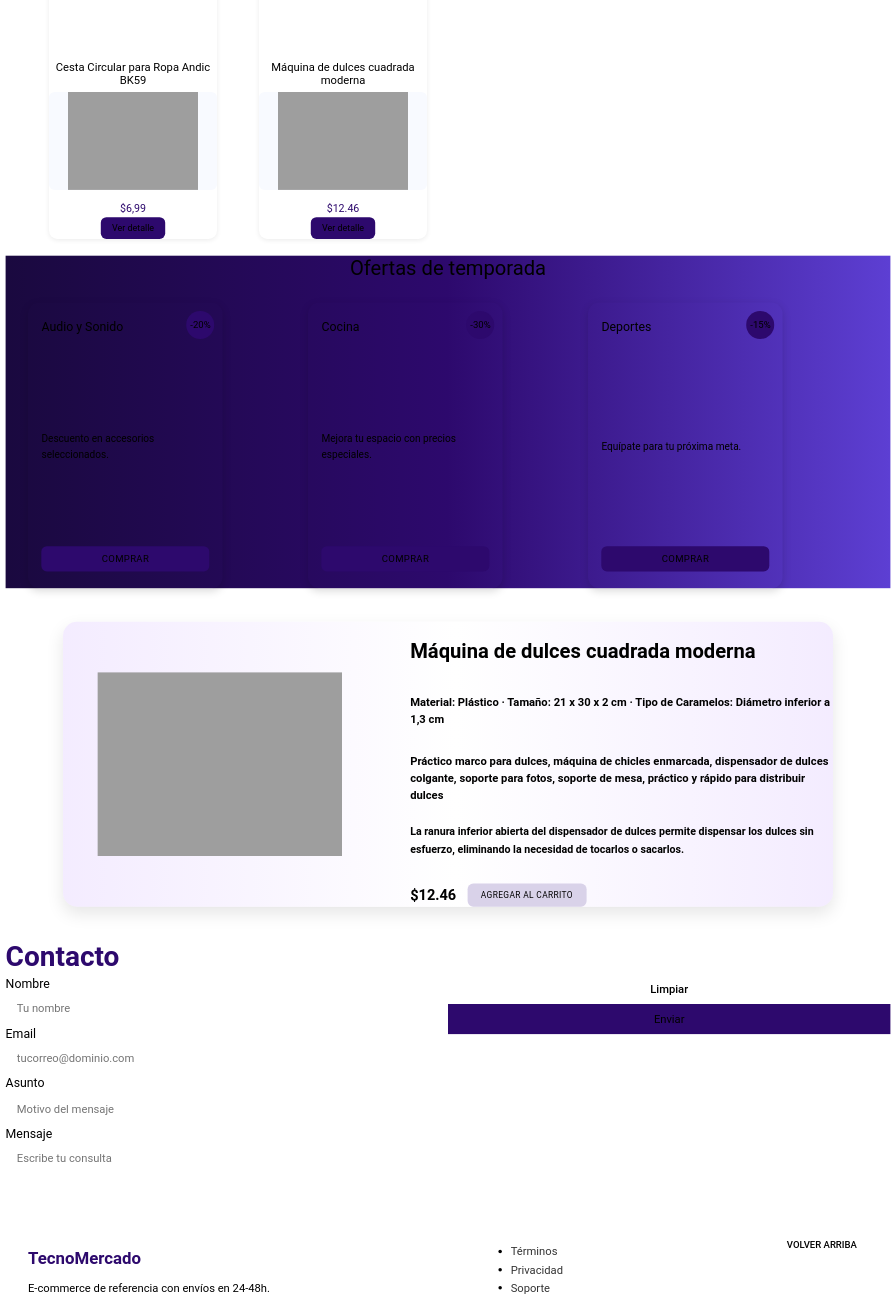
Repository: aryacarpavila/lab02_web
Page: index.html
The author's editor kept a copy of each file at every save. The page is drawn from the files as they stood at one save, then again after the next save.
The browser window is 1280 px wide. The pictures show the part of the page from y = 886 to 2806 px (the page is 2762 px tall before and 2806 px after), at 70% of full size.
Pictures or frames that could not be fetched are drawn as grey boxes.

Above is the page before, as saved 2025-11-12 08:49:15.

### index.html
<!DOCTYPE html>
<html lang="es">
  <head>
    <meta charset="utf-8" />
    <meta name="viewport" content="width=device-width, initial-scale=1" />
    <meta name="description" content="TecnoMercado · Laboratorio 2" />
    <title>TecnoMercado · Plantilla (Lab 2)</title>

    <link rel="stylesheet" href="assets/css/base.css">
    <link rel="stylesheet" href="assets/css/layout.css">
    <link rel="stylesheet" href="assets/css/components.css">
    <link rel="stylesheet" href="assets/css/animations.css">
    <style>
      .text-center {
        text-align: center;
      }
    </style>
  </head>
  <body>
    <!-- HEADER: site branding and primary navigation -->
    <header role="banner">
      <div>
        <a href="#">TecnoMercado</a>
        <nav>
          <ul>
            <li><a href="#inicio">Inicio</a></li>
            <li><a href="#catalogo">Catálogo</a></li>
            <li><a href="#ofertas">Ofertas</a></li>
            <li><a href="#producto">Producto</a></li>
            <li><a href="#contacto">Contacto</a></li>
          </ul>
        </nav>
      </div>
    </header>

    <!-- MAIN: page content wrapper -->
    <main role="main">
      <!-- HERO: landing intro and promotional notice -->
      <section>
        <div>
          <div>
            <h1>Tu mercado digital</h1>
            <p>Explora productos a buen precio con una experiencia fluida y accesible.</p>
            <a href="#catalogo" class="boton">Ver catálogo</a>
          </div>
          <div></div>
        </div>
        <div class="text-center">Envíos gratis en compras superiores a $50</div>
      </section>

      <!-- CATALOG: category links and featured products grid -->
      <section>
        <section class="catalogo-destacado">
            <div class="container">
              <h2>Catálogo destacado</h2>
              <ul class="categorias">
                <li><a href="#">Electrónica</a></li>
                <li><a href="#">Hogar</a></li>
                <li><a href="#">Ropa</a></li>
                <li><a href="#">Deportes</a></li>
              </ul>
            </div>
        </section>
          <div>
            <article tabindex="0">
              <div></div>
              <div>
                <h3>Ventilador de Mesa Damasco 12'</h3>
                <img src="https://damasco.vtexassets.com/arquivos/ids/157553-1200-auto?v=638961572051200000&width=1200&height=auto&aspect=true" alt="Ventilador Damasco" width="300">
                <p>$27,55</p>
                <button>Ver detalle</button>
              </div>
            </article>
            <article tabindex="0">
              <div></div>
              <div>
                <h3>Colchon Venus 140X190</h3>
                <img src="https://damasco.vtexassets.com/arquivos/ids/156653-1200-auto?v=638603201011270000&width=1200&height=auto&aspect=true" alt="Colchon" width="300">
                <p>$448,40</p>
                <button>Ver detalle</button>
              </div>
            </article>
            <article tabindex="0">
              <div></div>
              <div>
                <h3>Utensilio De Cocina 6Pcs</h3>
                <img src="https://damasco.vtexassets.com/arquivos/ids/156211-1200-auto?v=638524394013470000&width=1200&height=auto&aspect=true" alt="Utensilios" width="300">
                <p>$11,40</p>
                <button>Ver detalle</button>
              </div>
            </article>
            <article tabindex="0">
              <div></div>
              <div>
                <h3>Juego de Mesa y Sillas para Exteriores 904 Andic</h3>
                <img src="https://totalmundo.vtexassets.com/arquivos/ids/188250-1600-auto?v=638708155339070000&width=1600&height=auto&aspect=true" alt="Juego de mesas" width="300">
                <p>$89,99</p>
                <button>Ver detalle</button>
              </div>
            </article>
            <article tabindex="0">
              <div></div>
              <div>
                <h3>Cesta Circular para Ropa Andic BK59</h3>
                <img src="https://totalmundo.vtexassets.com/arquivos/ids/184221-1600-auto?v=638676304923270000&width=1600&height=auto&aspect=true" alt="Cesta de ropa" width="300">
                <p>$6,99</p>
                <button>Ver detalle</button>
              </div>
            </article>
            <article tabindex="0">
              <div></div>
              <div>
                <h3>Máquina de dulces cuadrada moderna</h3>
                <img src="https://ae01.alicdn.com/kf/S90d94c095b9e4ca5ae8318b18da998542.jpg" alt="Maquina de dulces" width="300">
                <p>$12.46</p>
                <button>Ver detalle</button>
              </div>
            </article>
          </div>
        </div>
      </section>

      <!-- OFFERS: seasonal deals and promotions -->
      <section class="ofertas-temporada">
        <div class="ofertas-container">
          <h2>Ofertas de temporada</h2>

          <div class="ofertas-grid">
            <article class="oferta-card">
          <div class="oferta-descuento">-20%</div>
            <h3>Audio y Sonido</h3>
            <p>Descuento en accesorios seleccionados.</p>
            <button class="boton">Comprar</button>
          </article>

        <article class="oferta-card">
          <div class="oferta-descuento">-30%</div>
          <h3>Cocina</h3>
          <p>Mejora tu espacio con precios especiales.</p>
          <button class="boton">Comprar</button>
        </article>

        <article class="oferta-card">
          <div class="oferta-descuento">-15%</div>
          <h3>Deportes</h3>
          <p>Equípate para tu próxima meta.</p>
          <button class="boton">Comprar</button>
        </article>
      </div>
    </div>
  </section>


      <!-- PRODUCTO DESTACADO -->
      <section class="producto-destacado">
          <div class="producto-destacado__imagen">
              <img src="https://ae01.alicdn.com/kf/S90d94c095b9e4ca5ae8318b18da998542.jpg" alt="Máquina de dulces cuadrada moderna">
          </div>
        <div class="producto-destacado__info">
            <h2>Máquina de dulces cuadrada moderna</h2>
            <p>Material: Plástico · Tamaño: 21 x 30 x 2 cm · Tipo de Caramelos: Diámetro inferior a 1,3 cm</p>
            <p>
              Práctico marco para dulces, máquina de chicles enmarcada, dispensador de dulces colgante, soporte para fotos,
              soporte de mesa, práctico y rápido para distribuir dulces
            </p>
        <ul>
          <li>La ranura inferior abierta del dispensador de dulces permite dispensar los dulces sin esfuerzo,
              eliminando la necesidad de tocarlos o sacarlos.</li>
        </ul>
        <div class="producto-destacado__acciones">
            <span class="precio">$12.46</span>
          <button class="boton">Agregar al carrito</button>
        </div>
      </div>
      </section>


      <!-- CONTACT: contact form -->
      <section class="container">
        <h2>Contacto</h2>
        <form action="#" method="post" class="form-contacto">
          <div class="form-grid">
            <div>
              <label for="nombre">Nombre</label>
              <input id="nombre" name="nombre" type="text" placeholder="Tu nombre" />
            </div>
            <div>
              <label for="email">Email</label>
              <input id="email" name="email" type="email" placeholder="tucorreo@dominio.com" />
            </div>
            <div class="columna-completa">
              <label for="asunto">Asunto</label>
              <input id="asunto" name="asunto" type="text" placeholder="Motivo del mensaje" />
            </div>
            <div class="columna-completa">
              <label for="mensaje">Mensaje</label>
              <textarea id="mensaje" name="mensaje" rows="5" placeholder="Escribe tu consulta"></textarea>
            </div>
          </div>

          <div class="botones">
            <button type="reset" class="btn-limpiar">Limpiar</button>
            <button type="submit" class="btn-enviar">Enviar</button>
          </div>
        </form>
      </section>
    </main>

    <!-- FOOTER: site footer with secondary navigation -->
    <footer role="contentinfo">
      <div class="footer-contenedor">
        <div class="footer-info">
          <h3>TecnoMercado</h3>
          <p>E-commerce de referencia con envíos en 24-48h.</p>
        </div>

        <nav class="footer-nav" aria-label="Secundaria">
          <ul>
            <li><a href="#">Términos</a></li>
            <li><a href="#">Privacidad</a></li>
            <li><a href="#">Soporte</a></li>
          </ul>
        </nav>

        <div class="footer-volver">
          <a href="#inicio" class="volver-arriba">Volver arriba</a>
        </div>
      </div>
    </footer>
  </body>
</html>

### assets/css/base.css
/*

 * Sector: Hogar
 * Tipografía: Opción Roboto
 * Justificación: El Morado (elegancia) y el Gris (neutralidad) aportan una sensación de
 * confort y sofisticación, ideal para el diseño de interiores moderno. La fuente Roboto
 * garantiza legibilidad y un look limpio.
 */
:root {


    --color-primary: #2D096D;       /* Morado Oscuro (Base - Para acciones y títulos) */
    --color-secondary: #D9D2E9;     /* Lavanda Claro (Terciario - Para fondos y hover sutil) */
    --color-tertiary: #5D3FD3;      /* Violeta Medio (Para acentos y enlaces) */


    --color-background: #FFFFFF;    /* Fondo Blanco puro o #ECECEC de tu código */
    --color-surface: #F8F8F8;       /* Fondo de tarjetas (Sutilmente gris) */

    --color-text-primary: #000000;  /* Texto Principal (Negro para legibilidad) */
    --color-text-on-primary: #FFFFFF; /* Texto sobre color primario (¡BLANCO para el botón!) */

    --space-unit: 8px;
    --space-xs: calc(0.5 * var(--space-unit));
    --space-sm: var(--space-unit);
    --space-md: calc(2 * var(--space-unit));
    --space-lg: calc(3 * var(--space-unit));
    --space-xl: calc(5 * var(--space-unit));

    --border-radius: 6px;
    --shadow-md: 0 4px 8px rgba(0, 0, 0, 0.1); /* Sombra para tarjetas */
    --container-max-width: 1200px;

    --font-size-base: 1rem;
    --font-size-h1: clamp(2.5rem, 6vw + 1rem, 4rem);
    --font-size-h2: clamp(1.75rem, 4vw + 1rem, 2.5rem);
    --font-size-h3: clamp(1.25rem, 2vw + 1rem, 1.75rem);
    --line-height-base: 1.6;
}

body {
    /* Tipografía Roboto */
    font-family: "Roboto";
    line-height: var(--line-height-base);
    color: var(--color-text-primary);
    background-color: var(--color-background);
    font-size: var(--font-size-base);
}

h1, h2, h3 {
    line-height: 1.2;
    margin-bottom: var(--space-md);
    font-weight: 600;
    color: var(--color-primary); /* Color primario para títulos */
}

h1 {
    font-size: var(--font-size-h1);
}

h2 {
    font-size: var(--font-size-h2);
}

h3 {
    font-size: var(--font-size-h3);
}

p {
    margin-bottom: var(--space-sm);
}

:focus-visible {
    outline: 3px solid var(--color-focus);
    outline-offset: 3px;
    border-radius: var(--border-radius);
}

a {
    color: var(--color-tertiary); /* Color de acento para enlaces */
    text-decoration: none;
    transition: color 0.2s ease-in-out;
}

a:hover {
    color: var(--color-primary);
    text-decoration: underline;
}

img {
    max-width: 100%;
    height: auto;
    display: block;
}

input, textarea, button {
    font-family: inherit;
    font-size: var(--font-size-base);
}

### assets/css/components.css
/*
  components.css
  - Botones (primario, outline), estados hover/focus
  - Cards de producto y ofertas, sombras y radios
  - Listas de categorías y enlaces auxiliares
  - Formulario de contacto: inputs, labels, textarea, validaciones
  - Selectores de atributo, pseudo-clases y pseudo-elementos
*/

header nav a {
  /* Estilo para los enlaces de navegación */
  color: var(--color-text);
  font-weight: var(--font-weight-regular);
  text-transform: uppercase;
  padding: var(--spacing-xs) 0;
  border-bottom: 2px solid transparent;
}

header nav a:hover {
  color: var(--color-primary);
  border-bottom: 2px solid var(--color-primary);
  text-decoration: none;
}

article:hover {
  transform: translateY(-4px);
  box-shadow: 0 4px 16px rgba(0, 0, 0, 0.12);
}

.hero-section {
  padding: var(--spacing-lg) var(--spacing-md);
  background-color: var(--color-background-dark);
}

.hero-wrapper {
  max-width: 1200px;
  margin: 0 auto;
  display: grid;
  grid-template-columns: 1fr 1fr;
  gap: var(--spacing-lg);
  align-items: center;
}

.hero-content h1 {
  font-size: clamp(2rem, 5vw, 4rem);
  color: var(--color-text);
  margin-bottom: var(--spacing-sm);
  text-align: left;
}

article img {
  width: 100%;
  height: 140px;
  object-fit: contain;
  margin-bottom: var(--spacing-sm);
  background-color: #f8faff;
  border-radius: 8px;
}

footer a {
    color: var(--color-white);
}

.boton {
    background-color: var(--color-primary);
    color: var(--color-white);
    border: none;
    font-weight: var(--font-weight-bold);
    text-transform: uppercase;
    text-decoration: none;
    cursor: pointer;
    display: inline-block;
    font-size: 0.75rem;
    padding: 0.5rem 0.8rem;
    border-radius: var(--border-radius, 4px);
    transition: background-color 0.3s ease;
}

.boton:hover,
.boton:focus {
    background-color: var(--color-secondary);
    color: var(--color-white);
}

/* Título del producto */
article h3 {
  font-size: 1rem;
  color: var(--color-text);
  margin-top: var(--spacing-sm);
  margin-bottom: 0.4rem;
  font-weight: var(--font-weight-bold);
}

/* Precio */
article p {
  font-size: 0.95rem;
  font-weight: var(--font-weight-bold);
  color: var(--color-primary);
  margin-bottom: var(--spacing-sm);
}

article button {
  background-color: var(--color-primary);
  border: 1px solid var(--color-background-dark);
  color: var(--color-white);
  padding: 0.5rem 1rem;
  font-size: 0.8rem;
  border-radius: 8px;
  cursor: pointer;
  transition: all 0.2s ease;
}

article button:hover {
  background-color: var(--color-secondary);
  border-color: var(--color-primary);
}


/* === BOTONES PRINCIPALES === */
.boton {
  display: inline-block;
  background-color: var(--color-primary);
  color: var(--color-white);
  padding: 0.6rem 1.2rem;
  border-radius: 8px;
  text-transform: uppercase;
  font-weight: var(--font-weight-bold);
  letter-spacing: 0.5px;
  transition: background-color 0.3s ease;
}

.boton:hover {
  background-color: var(--color-secondary);
}

/* === OFERTAS DE TEMPORADA === */
.ofertas-temporada {
  background: linear-gradient(90deg,rgba(26, 9, 63, 1) 0%, rgba(45, 9, 109, 1) 50%, rgba(93, 63, 211, 1) 100%);
  padding: var(--spacing-lg) var(--spacing-md);
  color: var(--color-white);
}

.ofertas-container {
  max-width: 1200px;
  margin: 0 auto;
  text-align: center;
}

.ofertas-container h2 {
  font-size: 1.8rem;
  font-weight: var(--font-weight-bold);
  margin-bottom: 2rem;
  color: var(--color-white);
}


/* === TARJETAS === */
.oferta-card {
  position: relative;
  background-color: var(--color-white);
  color: var(--color-text);
  border-radius: 16px;
  padding: 1.5rem 1.2rem;
  text-align: left;
  box-shadow: 0 4px 12px rgba(0, 0, 0, 0.15);
  transition: transform 0.25s ease, box-shadow 0.25s ease;
}

.oferta-card:hover {
  transform: translateY(-6px);
  box-shadow: 0 8px 20px rgba(0, 0, 0, 0.25);
}

.oferta-card h3 {
  font-size: 1.1rem;
  font-weight: var(--font-weight-bold);
  margin-bottom: 0.5rem;
}

.oferta-card p {
  font-size: 0.9rem;
  color: var(--color-text);
  margin-bottom: 0.2rem;
}

.oferta-card .boton:hover {
  background-color: var(--color-secondary);
}

.producto-destacado {
  display: flex;
  align-items: center;
  justify-content: center;
  gap: 3rem;
  background: linear-gradient(90deg,rgba(213, 184, 255, 0.27) 0%, rgba(255, 255, 255, 1) 51%, rgba(213, 184, 255, 0.27) 100%);
  border-radius: 20px;
  margin: 3rem auto;
  max-width: 1100px;
  box-shadow: 0 10px 25px rgba(0, 0, 0, 0.1);
}

.producto-destacado__imagen {
  flex: 0 0 400px;
  display: flex;
  justify-content: center;
  align-items: center;
  background: transparent;
  border-radius: 16px;
  padding: 1.5rem;
}

.producto-destacado__imagen img {
  width: 350px;
  height: 350px;
  object-fit: contain;
  border-radius: 12px;
}

.producto-destacado__info {
  flex: 1;
  display: flex;
  flex-direction: column;
  justify-content: center;
  gap: 0.8rem;
}

.producto-destacado__info h2 {
  font-size: 1.8rem;
  font-weight: bold;
  color: var(--color-text);
}

.producto-destacado__info p {
  font-size: 1rem;
  line-height: 1.5;
  font-weight: bold;
  color: var(--color-text);
}

.producto-destacado__info ul {
  list-style: none;
  padding: 0;
  font-weight: bold;
  margin: 0.5rem 0;
}

.producto-destacado__info li {
  font-size: 0.95rem;
  color: var(--color-text);;
}

@media (max-width: 900px) {
  .producto-destacado {
    flex-direction: column;
    text-align: center;
  }

  .producto-destacado__info {
    text-align: center;
  }
}

footer nav ul a {
    color: var(--color-white);
    opacity: 0.8;
    transition: opacity 0.2s;
}

footer nav ul a:hover {
    opacity: 1;
    text-decoration: underline;
}

footer > div > div:last-child a {
    background-color: transparent;
    color: var(--color-white);
    border: 1px solid var(--color-white);
    cursor: pointer;
    font-weight: 500;
    text-transform: uppercase;
    font-size: 0.85rem;
    padding: 0.5rem 1rem;
    border-radius: var(--border-radius-sm);
    transition: all 0.2s;
    display: inline-block;
}

footer > div > div:last-child a:hover {
    background-color: var(--color-background-dark);
    text-decoration: none;
}

### assets/css/animations.css
/*
  animations.css
  - Transiciones para hover/focus de botones, cards y enlaces
  - @keyframes para badges u otros elementos (p. ej., pulse, fadeInUp)
  - Transformaciones suaves (scale/translate) y timings accesibles
*/

Loaded but not shown: assets/css/layout.css (354 lines, source omitted)

After the next save:
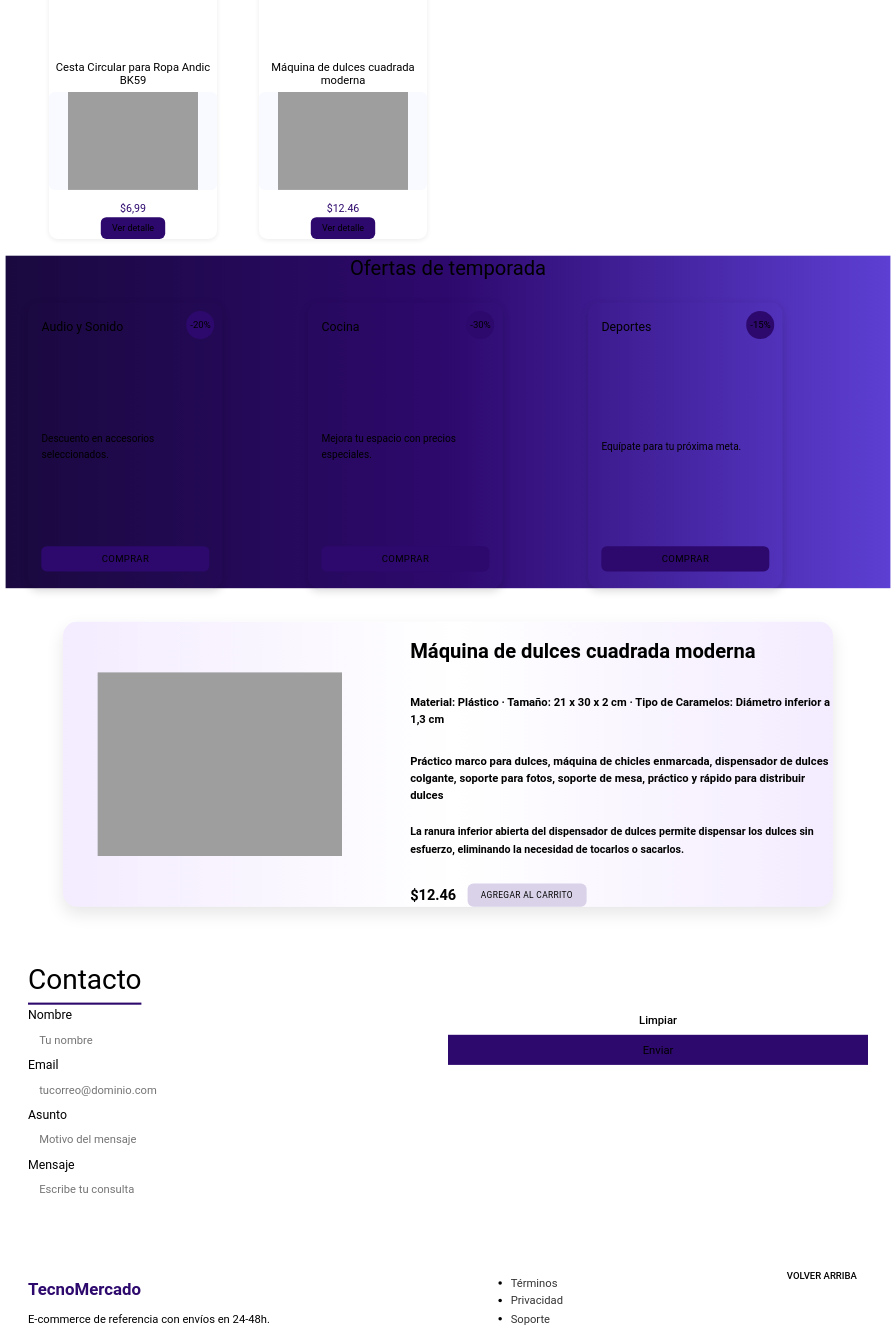
Saved 47 s later.
--- a/index.html
+++ b/index.html
@@ -176,7 +176,8 @@
 
 
       <!-- CONTACT: contact form -->
-      <section class="container">
+      <section class="catalogo-destacado">
+        <div class="container">
         <h2>Contacto</h2>
         <form action="#" method="post" class="form-contacto">
           <div class="form-grid">
